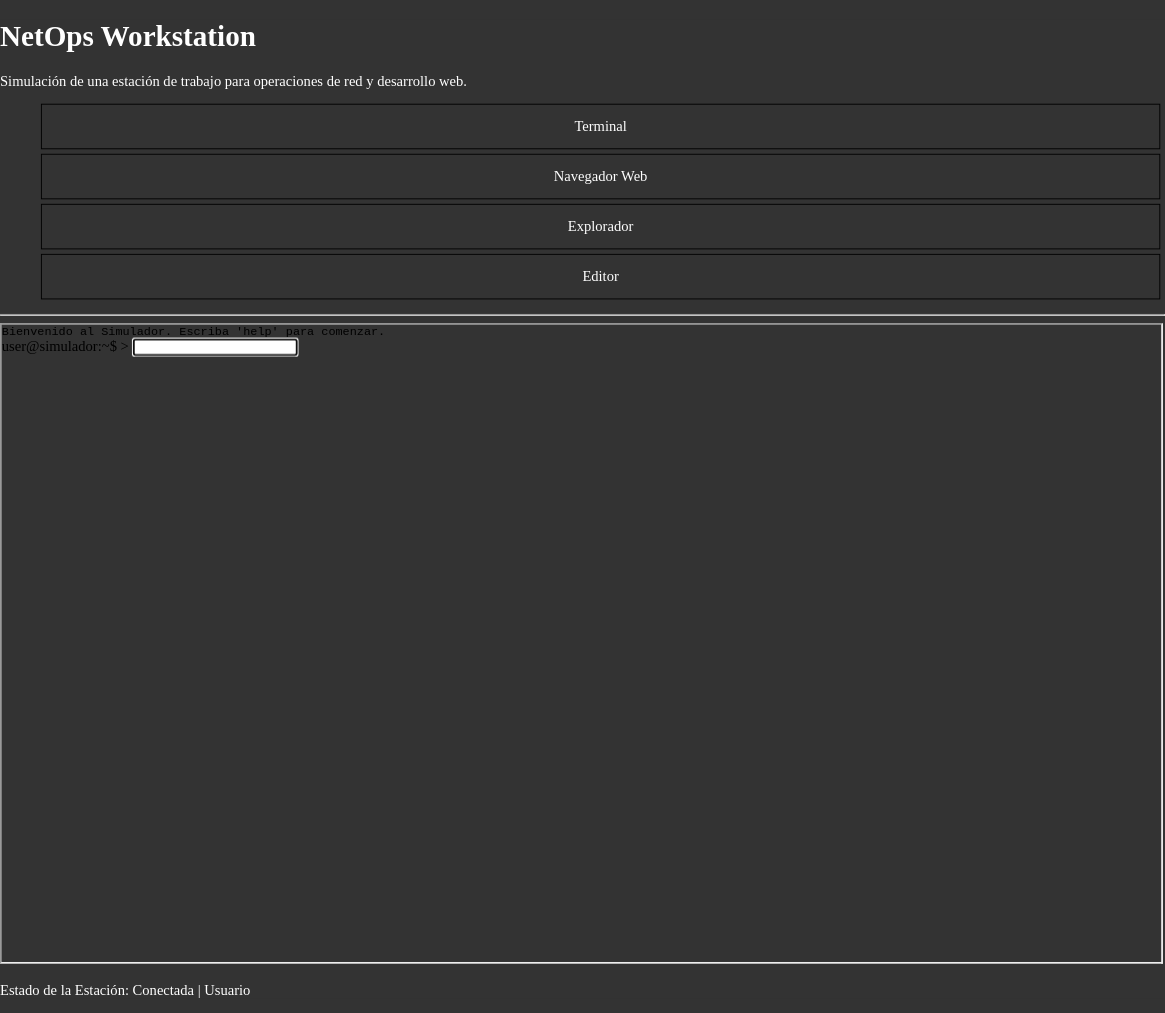
Repository: ValdezGalia/ProgramacionWebUcab
Page: lan-01.html
These files come from the project's save history. The page is drawn as it stood at one moment and after the next save; the edit follows.
The browser window is 1280 px wide. The pictures show the whole page, at 91% of full size.

Above is the page before, as saved 2025-11-13 16:16:40.

After the next save:
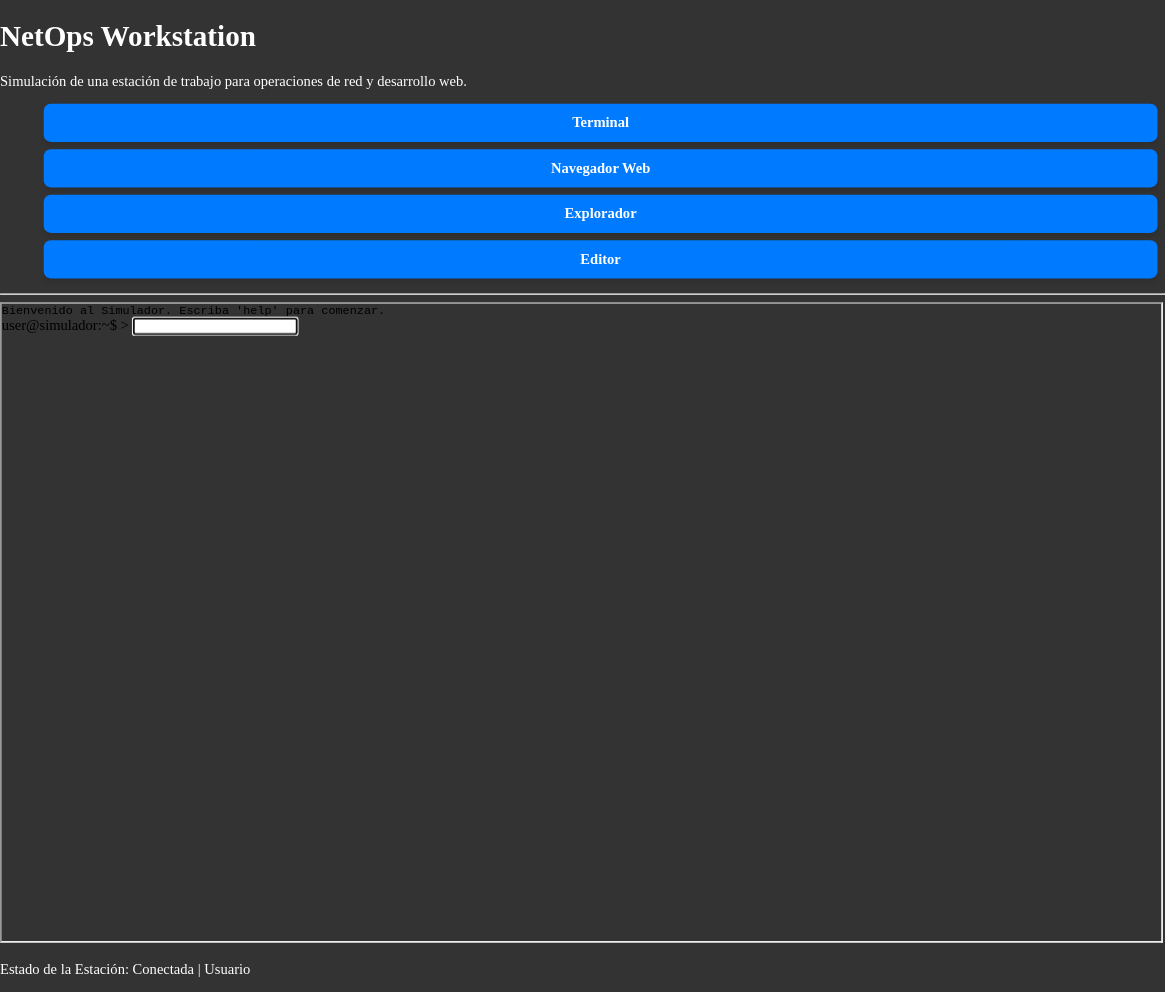
Saved 4 min 3 s later.
--- a/style/lan-01.css
+++ b/style/lan-01.css
@@ -9,13 +9,22 @@ nav ul li{
     list-style: none;
 }
 
-nav ul li a{
+nav ul li a {
+    /* Mantiene tu diseño base: centrado y sin subrayado */
     display: flex;
     justify-content: center;
     align-items: center;
     text-decoration: none;
-    color: white;
-    padding: 15px 15px;
-    margin: 5px;
-    border: 1px solid black;
+
+    /* Propiedades visuales de "App Button" */
+    color: white; /* Color del texto */
+    background-color: #007bff; /* Color de fondo principal (Azul Primario) */
+    padding: 12px 25px; /* Relleno ajustado */
+    margin: 8px; /* Margen para separarlos */
+    border: none; /* Quitamos el borde sólido inicial */
+    border-radius: 8px; /* Bordes redondeados para un look moderno */
+    box-shadow: 0 4px 6px rgba(0, 0, 0, 0.1); /* Sombra suave para darle profundidad */
+    transition: background-color 0.3s ease, transform 0.2s ease, box-shadow 0.3s ease; /* Transiciones para animaciones suaves */
+    font-weight: 600; /* Texto un poco más grueso */
+    min-width: 150px; /* Asegura un ancho mínimo para verse como botón/tarjeta */
 }
